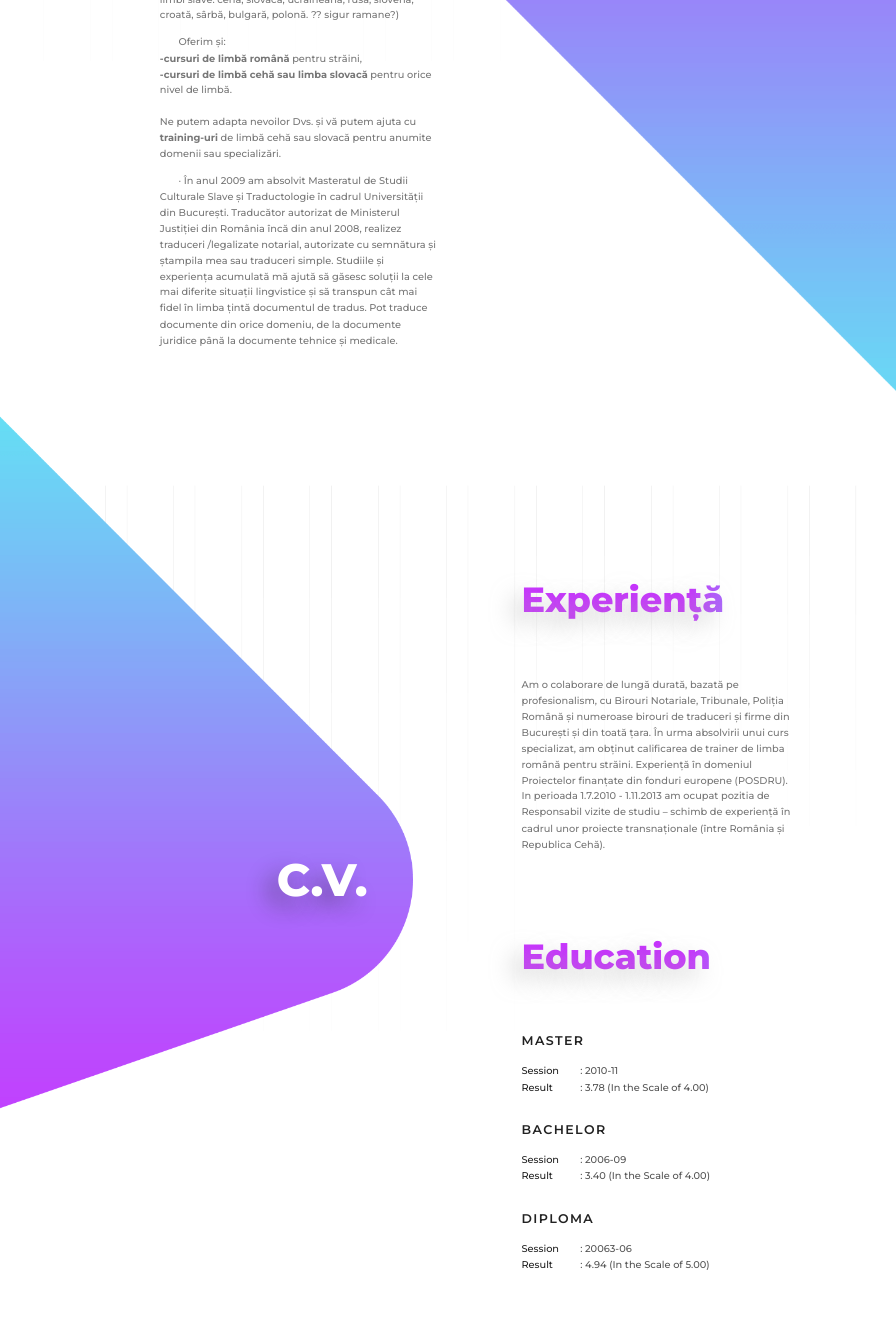
Repository: roscaImarius/site_traduceri
Page: index.html
The author's editor kept a copy of each file at every save. The page is drawn from the files as they stood at one save, then again after the next save.
The browser window is 1280 px wide. The pictures show the part of the page from y = 1387 to 3307 px (the page is 7580 px tall before and 7720 px after), at 70% of full size.

Above is the page before, as saved 2022-03-17 15:15:16.

### index.html
<!DOCTYPE html>
<html lang="en" class="no-js">
  <head>
    <meta
      name="viewport"
      content="width=device-width, initial-scale=1, shrink-to-fit=no"
    />
    <meta name="author" content="CodePixar" />
    <meta name="description" content="" />
    <meta name="keywords" content="" />
    <meta charset="UTF-8" />

    <title>Traduceri</title>

    <link
      href="https://fonts.googleapis.com/css?family=Montserrat:500,600,700,800,900"
      rel="stylesheet"
    />
    <link
      href="https://fonts.googleapis.com/css?family=Open+Sans:400,600"
      rel="stylesheet"
    />
    <!-- ===========================================
		CSS Files
    ============================================= -->
    <link rel="stylesheet" href="css/font-awesome.min.css" />
    <link rel="stylesheet" href="css/bootstrap.css" />
    <link rel="stylesheet" href="css/main.css" />
  </head>

  <body class="version5" id="top">
    <div class="se-pre-con"></div>

    <!--================ Start Banner Area =================-->
    <section class="home-area" id="home">
      <div class="banner-area relative">
        <div class="container-fluid">
          <div class="row justify-content-center height align-items-center">
            <div class="col-lg-5 col-md-6 col-sm-12">
              <div class="banner-img">
                <img class="img-fluid" src="img/banner-img5.jpg" alt="" />
              </div>
            </div>
            <div class="col-lg-5 col-md-6 col-sm-12">
              <div class="banner-content text-right">
                <h4 class="mb-30 hello text-uppercase text-white">
                  Salut, noi suntem
                </h4>
                <h1 class="name">Catrina Traduceri</h1>
                <p class="mt-5 h6 pHome dark">
                  Ne numărăm printre foarte puținii traducători autorizați de
                  Ministerul Justiției din România pentru traduceri din limbile
                  slave, de nisă: cehă, slovacă și ucraineană.
                </p>
              </div>
            </div>
          </div>
        </div>
      </div>
    </section>
    <!--================Header Menu Area =================-->
    <header class="header_area" id="header5">
      <div class="main_menu">
        <nav class="navbar navbar-expand-lg">
          <div class="container-fluid">
            <!-- Brand and toggle get grouped for better mobile display -->
            <a class="navbar-brand logo_h" href="index.html"
              ><img class="logoo" src="img/logo5_1.png" alt=""
            /></a>
            <button
              class="navbar-toggler"
              type="button"
              data-toggle="collapse"
              data-target="#navbarSupportedContent"
              aria-controls="navbarSupportedContent"
              aria-expanded="false"
              aria-label="Toggle navigation"
            >
              <i class="fas fa-bars"></i>
            </button>
            <!-- Collect the nav links, forms, and other content for toggling -->
            <div
              class="collapse navbar-collapse offset"
              id="navbarSupportedContent"
            >
              <ul class="nav navbar-nav menu_nav ml-auto nav5">
                <li class="nav-item active5">
                  <a class="nav-link" href="#home">Acasă</a>
                </li>
                <li class="nav-item">
                  <a class="nav-link" href="#about">Despre</a>
                </li>
                <li class="nav-item">
                  <a class="nav-link" href="#resume">Curriculum Vitae</a>
                </li>
                <li class="nav-item">
                  <a class="nav-link" href="#portfolio">prețuri</a>
                </li>
                <li class="nav-item">
                  <a class="nav-link" href="#contact">contact</a>
                </li>
              </ul>

              <!-- SOCIAL MEDIA -->
              <ul class="nav navbar-nav social-icons">
                <li class="nav-item">
                  <a href="https://www.facebook.com/catrina.traduceri">
                    <i class="fab fa-facebook-f"></i>
                  </a>
                </li>
                <li class="nav-item">
                  <a
                    href="https://www.linkedin.com/in/ionut-catrina-405244178/"
                  >
                    <i class="fab fa-linkedin"></i>
                  </a>
                </li>
                <li class="nav-item">
                  <a href="#">
                    <i class="fab fa-youtube"></i>
                  </a>
                </li>
              </ul>
            </div>
          </div>
        </nav>
      </div>
    </header>

    <!--================ Start About Area =================-->
    <section class="about-area section-gap-top-5 relative" id="about">
      <div class="container-fluid">
        <div class="row row-reverse">
          <div class="offset-lg-2 col-lg-4 col-md-12">
            <h2 class="heading mb-40">Lucrați cu profesioniști!</h2>
            <p style="text-indent: 20pt">
              Întreprindere de familie cu capital 100% românesc si cu o
              experiență de peste
              <span style="font-weight: bold">13 ani</span> în domeniul
              traducerilor, activăm cu pasiune, profesionalism și
              responsabilitate și vă oferim traduceri
              <span style="font-weight: bold"> autorizate și legalizate</span>
              în principal din limbi
              <span style="font-weight: bold">slave</span>: cehă, slovacă și
              ucraineană, dar și din cele mai importante limbi de circulație
              internațională: engleza și franceza. <br />
            </p>

            <p style="text-indent: 20pt">
              ( Activitatea în acest domeniu de nișă ne-a dat posibilitatea să
              cunoaștem și să recunoaștem cei mai buni traducători autorizați
              profesioniști din următoarele limbi slave: cehă, slovacă,
              ucraineană, rusă, slovenă, croată, sârbă, bulgară, polonă. ??
              sigur ramane?)
            </p>
            <p style="text-indent: 20pt">
              Oferim și: <br />
              <span style="font-weight: bold">-cursuri de limbă română</span>
              pentru străini, <br />
              <span style="font-weight: bold"
                >-cursuri de limbă cehă sau limba slovacă</span
              >
              pentru orice nivel de limbă. <br /><br />
              Ne putem adapta nevoilor Dvs. și vă putem ajuta cu
              <span style="font-weight: bold">training-uri</span> de limbă cehă
              sau slovacă pentru anumite domenii sau specializări.
            </p>
            <p class="mb-50" style="text-indent: 20pt">
              &middot; În anul 2009 am absolvit Masteratul de Studii Culturale
              Slave și Traductologie în cadrul Universității din București.
              Traducător autorizat de Ministerul Justiției din România încă din
              anul 2008, realizez traduceri /legalizate notarial, autorizate cu
              semnătura și ștampila mea sau traduceri simple. Studiile și
              experiența acumulată mă ajută să găsesc soluții la cele mai
              diferite situații lingvistice și să transpun cât mai fidel în
              limba țintă documentul de tradus. Pot traduce documente din orice
              domeniu, de la documente juridice până la documente tehnice și
              medicale.
            </p>
          </div>

          <div class="col-lg-6 p-0 col-md-12">
            <div class="right-side">
              <h2 class="text-white right-heading">Despre</h2>
            </div>
          </div>
        </div>
      </div>
    </section>

    <!--================ Start Experience Area =================-->
    <section class="experience-area relative" id="resume">
      <div class="container-fluid">
        <div class="row">
          <div class="col-lg-6 p-0 col-md-12">
            <div class="left-side">
              <h2 class="text-white indented cv left-heading">C.V.</h2>
            </div>
          </div>

          <div class="xpDiv col-lg-4 md-mr col-md-12">
            <h2 class="heading mb-80">Experiență</h2>
            <div class="resume-content">
              <div class="work-exp mb-50">
                <p>
                  Am o colaborare de lungă durată, bazată pe profesionalism, cu
                  Birouri Notariale, Tribunale, Poliția Română și numeroase
                  birouri de traduceri și firme din București și din toată țara.
                  În urma absolvirii unui curs specializat, am obținut
                  calificarea de trainer de limba română pentru străini.
                  Experiență în domeniul Proiectelor finanțate din fonduri
                  europene (POSDRU). In perioada 1.7.2010 - 1.11.2013 am ocupat
                  pozitia de Responsabil vizite de studiu – schimb de experiență
                  în cadrul unor proiecte transnaționale (între România și
                  Republica Cehă).
                </p>
              </div>

              <h2 class="heading mt-120 mb-80">Education</h2>
              <div class="study">
                <h4 class="subject">Master</h4>
                <p>
                  <span class="title">Session</span>
                  <span class="info">: 2010-11</span>
                </p>
                <p>
                  <span class="title">Result</span>
                  <span class="info">: 3.78 (In the Scale of 4.00)</span>
                </p>
              </div>

              <div class="study">
                <h4 class="subject">Bachelor</h4>
                <p>
                  <span class="title">Session</span>
                  <span class="info">: 2006-09</span>
                </p>
                <p>
                  <span class="title">Result</span>
                  <span class="info">: 3.40 (In the Scale of 4.00)</span>
                </p>
              </div>

              <div class="study">
                <h4 class="subject">Diploma</h4>
                <p>
                  <span class="title">Session</span>
                  <span class="info">: 20063-06</span>
                </p>
                <p>
                  <span class="title">Result</span>
                  <span class="info">: 4.94 (In the Scale of 5.00)</span>
                </p>
              </div>
            </div>
          </div>
        </div>
      </div>
    </section>

    <!--================ Start PRICE Area =================-->
    <section class="price-area section-gap-top-5 relative" id="portfolio">
      <div class="container-fluid">
        <div class="row row-reverse">
          <div class="divFaraPret offset-lg-2 col-lg-4 col-md-12">
            <h2 class="heading mb-40">Detalii tarife</h2>
            <h1>Text</h1>
            <p>
              Lorem ipsum dolor sit amet consectetur adipisicing elit. Tempora
              omnis rem magnam voluptatum molestiae, unde id fuga illum
              consequatur nisi? Unde voluptates quia enim ab quae consequatur.
              Doloremque amet eveniet autem hic error veniam ullam aliquid
              aperiam corrupti expedita tempora fugiat, accusantium esse alias
              ea quam architecto totam perferendis, eum excepturi consectetur,
              distinctio placeat! A iure sint corporis fuga aperiam quo incidunt
              enim aut vel totam, dolorum architecto sed placeat, doloribus quam
              fugit! Deserunt iure eligendi at laborum corrupti libero,
              molestias, aliquid hic, nihil non ad voluptatum esse molestiae
              quam culpa sit quos! Maiores molestiae ab laboriosam nam magnam,
              illo eligendi dolorem explicabo. Expedita consequatur debitis
              ratione excepturi exercitationem quam neque quaerat magni aliquid
              voluptate, velit voluptatem ut quasi facilis totam ipsa nulla unde
              assumenda perspiciatis non sequi pariatur repellat? Dicta voluptas
              magni id omnis eveniet sunt consectetur aperiam necessitatibus
              sequi tempora quos neque sit iure aspernatur deserunt atque cum,
              debitis quibusdam inventore facilis velit, consequatur nobis
              excepturi. Suscipit dolorem, quisquam quos non reiciendis, earum
              repudiandae error nobis aspernatur optio expedita eligendi atque
              odit nihil ullam cumque a sunt aperiam culpa obcaecati corporis
              iusto? Magnam sequi, necessitatibus nemo odit illo nobis aut,
              voluptas suscipit consequuntur voluptatibus nisi earum. Dolor,
              aperiam?
            </p>
          </div>

          <div class="divPreturi col-lg-6 p-0 col-md-12">
            <div class="right-side">
              <h2 class="text-white right-heading">Prețuri</h2>
            </div>
          </div>
        </div>
      </div>
    </section>

    <!--================ Start CONTACT Area =================-->
    <section class="client-area relative" id="contact">
      <div class="container-fluid">
        <div class="row">
          <div class="col-lg-6 p-0 col-md-12">
            <div class="left-side">
              <h2 class="text-white left-heading">Contact</h2>
            </div>
          </div>

          <div class="contactDiv offset-lg-2 col-lg-4 col-md-12">
            <div class="form-area text-left">
              <h5><i>Telefon:</i></h5>
              <p>+40 726 471 135 <br /></p>
            </div>

            <div class="form-area text-left">
              <h5><i>E-mail:</i></h5>
              <p>catrina.traduceri@yahoo.com</p>
            </div>

            <div class="form-area adresa text-left">
              <h5><i>Adresă:</i></h5>
              <p>
                Calea Dorobantilor nr. 135-145, bl. 10, sc. C, Ap. 156, sector
                1, Bucuresti.
              </p>
            </div>
            <img class="mapa" src="./img/mapa.png" alt="" />
            <img class="mapa" src="./img/mapa.png" alt="" />
            <img class="mapa" src="./img/mapa.png" alt="" />
          </div>
        </div>
      </div>
    </section>

    <!--= Start Scroll to Top Area ########## -->
    <div id="back-top">
      <a title="Go to Top" href="#">
        <i class="fas fa-angle-up"></i>
      </a>
    </div>

    <script src="js/vendor/jquery-2.2.4.min.js"></script>
    <!-- <script src="js/popper.min.js"></script> -->
    <script src="js/vendor/bootstrap.min.js"></script>
    <script src="js/jquery.ajaxchimp.min.js"></script>
    <script src="js/counter-up.js"></script>
    <script src="js/isotope.pkgd.min.js"></script>
    <script src="js/waypoints.min.js"></script>
    <script src="js/main.js"></script>
  </body>
</html>

Loaded but not shown: css/font-awesome.min.css (library); css/bootstrap.css (library); js/vendor/jquery-2.2.4.min.js (library); js/vendor/bootstrap.min.js (library); js/jquery.ajaxchimp.min.js (library); js/isotope.pkgd.min.js (library); js/waypoints.min.js (library); js/main.js (150 lines, source omitted); js/counter-up.js (8 lines, source omitted); css/main.css (1566 lines, source omitted)

After the next save:
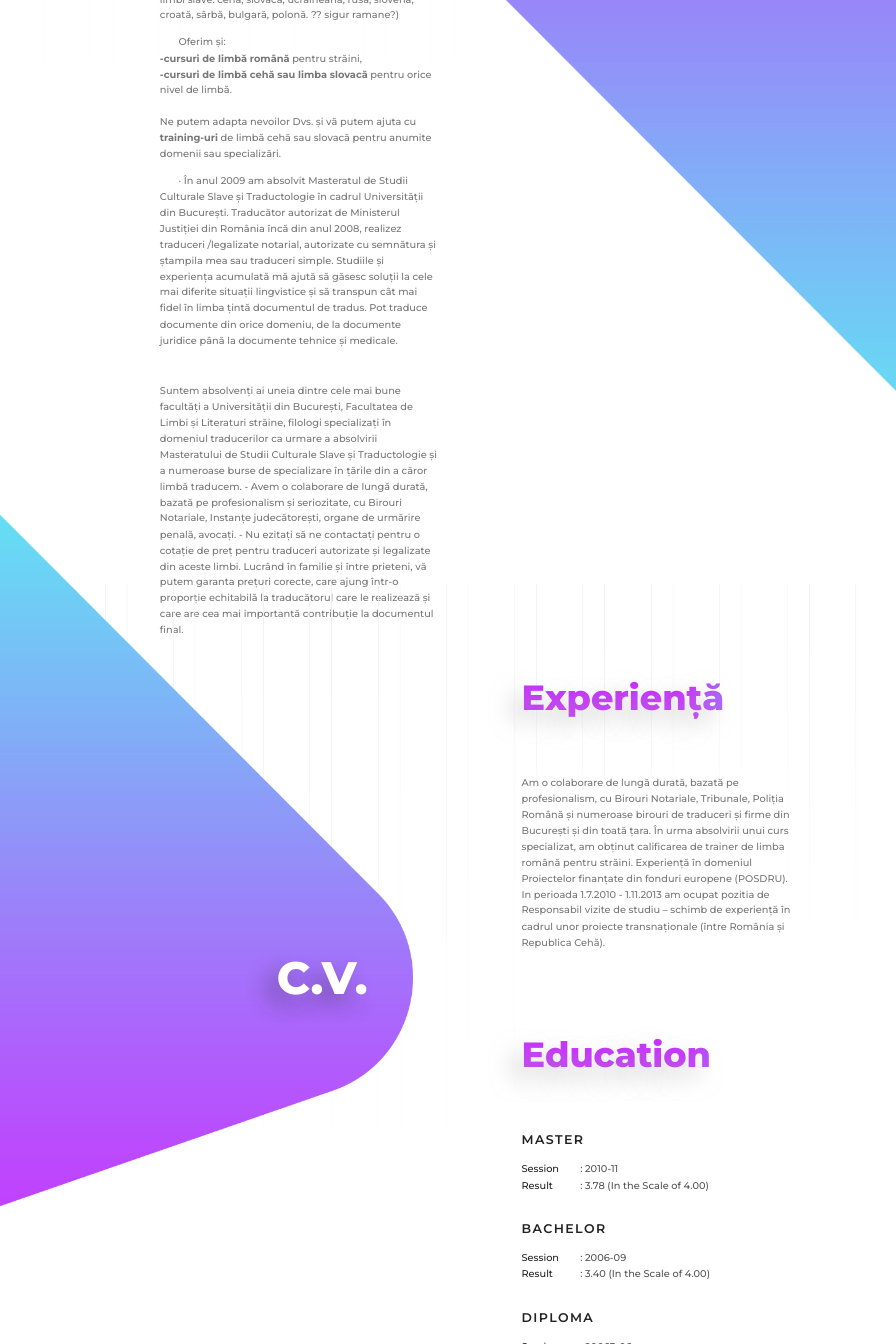
Saved 93 s later.
--- a/index.html
+++ b/index.html
@@ -176,6 +176,21 @@
               limba țintă documentul de tradus. Pot traduce documente din orice
               domeniu, de la documente juridice până la documente tehnice și
               medicale.
+            </p>
+            <p>
+              Suntem absolvenți ai uneia dintre cele mai bune facultăți a
+              Universității din București, Facultatea de Limbi și Literaturi
+              străine, filologi specializați în domeniul traducerilor ca urmare
+              a absolvirii Masteratului de Studii Culturale Slave și
+              Traductologie și a numeroase burse de specializare în țările din a
+              căror limbă traducem. - Avem o colaborare de lungă durată, bazată
+              pe profesionalism și seriozitate, cu Birouri Notariale, Instanțe
+              judecătorești, organe de urmărire penală, avocați. - Nu ezitați să
+              ne contactați pentru o cotație de preț pentru traduceri autorizate
+              și legalizate din aceste limbi. Lucrând în familie și între
+              prieteni, vă putem garanta prețuri corecte, care ajung într-o
+              proporție echitabilă la traducătorul care le realizează și care
+              are cea mai importantă contribuție la documentul final.
             </p>
           </div>
 

After the save that followed:
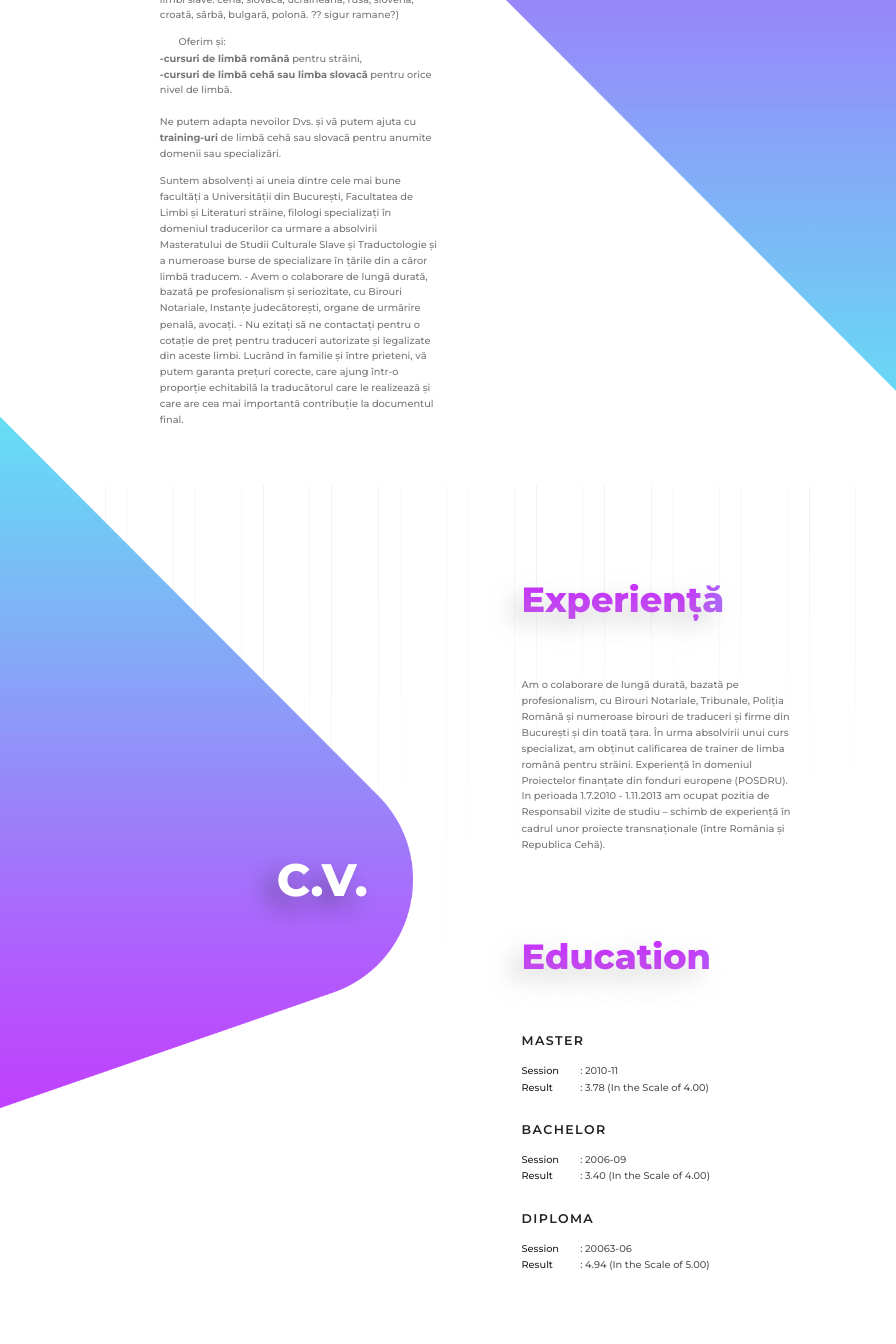
Saved 28 s later.
--- a/index.html
+++ b/index.html
@@ -165,7 +165,7 @@
               <span style="font-weight: bold">training-uri</span> de limbă cehă
               sau slovacă pentru anumite domenii sau specializări.
             </p>
-            <p class="mb-50" style="text-indent: 20pt">
+            <!-- <p class="mb-50" style="text-indent: 20pt">
               &middot; În anul 2009 am absolvit Masteratul de Studii Culturale
               Slave și Traductologie în cadrul Universității din București.
               Traducător autorizat de Ministerul Justiției din România încă din
@@ -176,7 +176,7 @@
               limba țintă documentul de tradus. Pot traduce documente din orice
               domeniu, de la documente juridice până la documente tehnice și
               medicale.
-            </p>
+            </p> -->
             <p>
               Suntem absolvenți ai uneia dintre cele mai bune facultăți a
               Universității din București, Facultatea de Limbi și Literaturi
